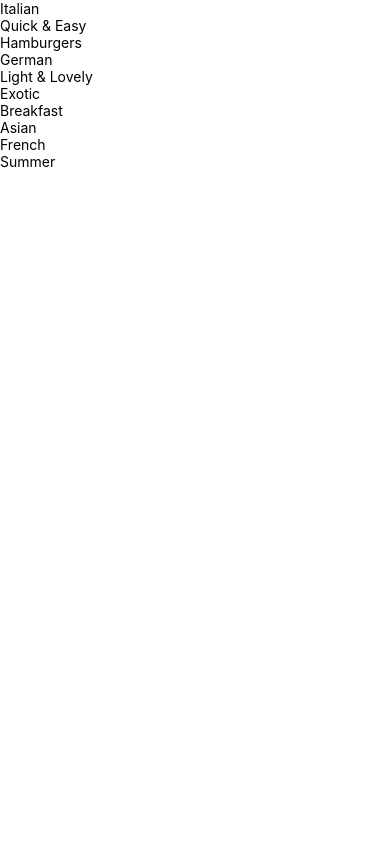
Repository: SyLe-Van/Food-Category-App
Screen: /MealsCategories
These files come from the project's save history. The screen is drawn as it stood at one moment and after the next save; the edit follows.
The app was drawn by React Native's web renderer in a window 390 px wide. The project was rebuilt for these pictures with package versions that can differ from the ones it lists, and the page was loaded fresh each time.

Above is the screen before, as saved 2024-02-17 14:26:04.

After the next save:
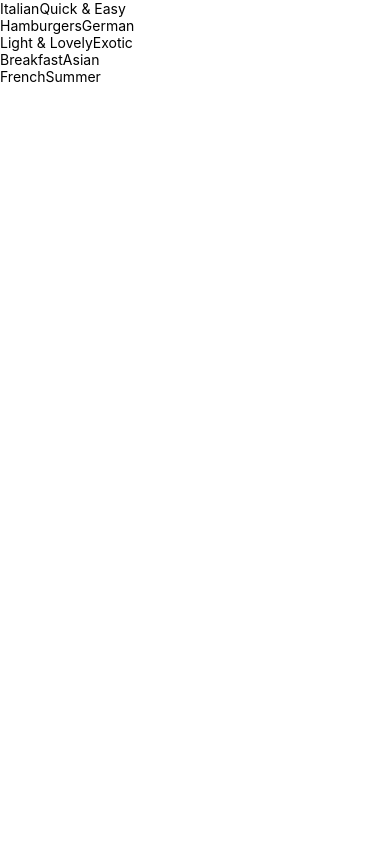
Saved 50 min 6 s later.
--- a/screens/CategoriesScreen.js
+++ b/screens/CategoriesScreen.js
@@ -12,6 +12,7 @@ function CategoriesScreen() {
       data={CATEGORIES}
       keyExtractor={(item) => item.id}
       renderItem={renderCategoryItem}
+      numColumns={2}
     />
   );
 }
